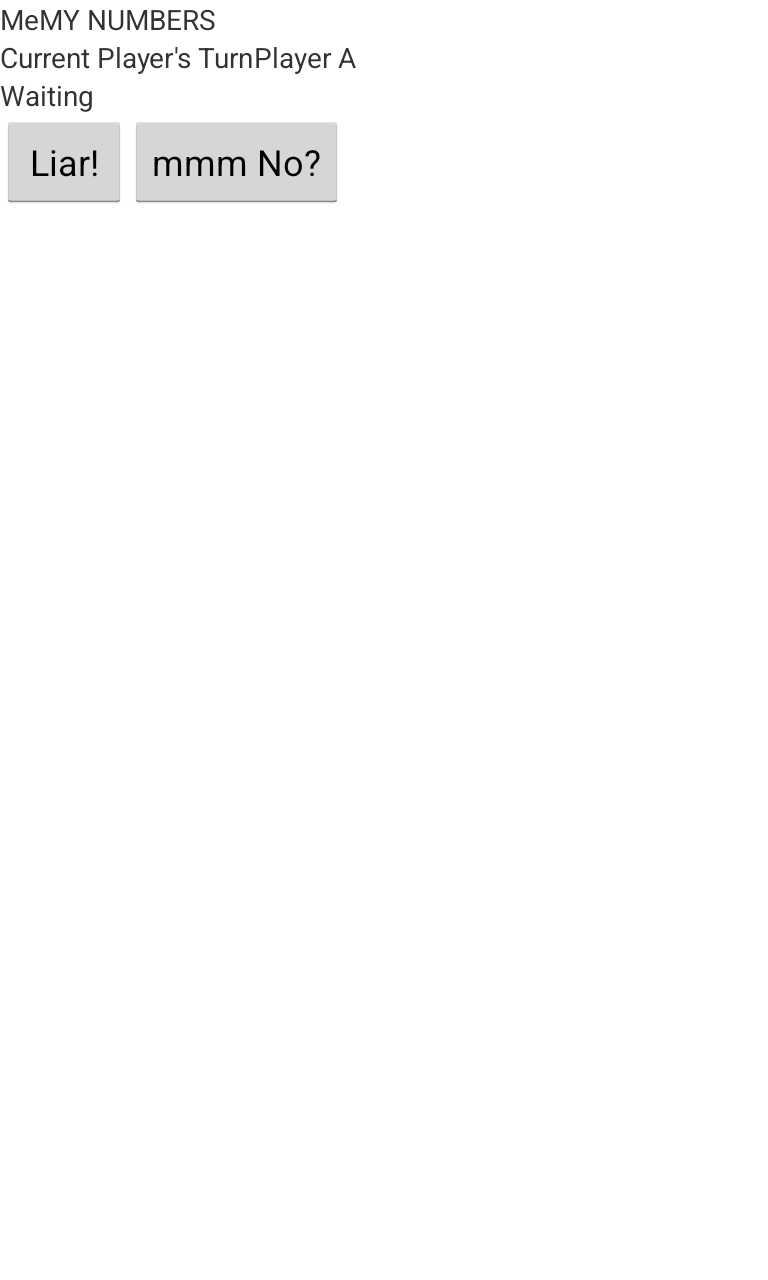
Repository: RayyLim/LiarPoker
Layout: LiarPoker/res/layout/gameroom_main.xml
These files come from the project's save history. The layout is drawn as it stood at one moment and after the next save; the edit follows.
It is drawn on a 768 x 1280 px phone screen (xhdpi) without system bars, with theme AppTheme; the app's code is not run.

Above is the layout before, as saved 2012-07-22 04:14:05.

After the next save:
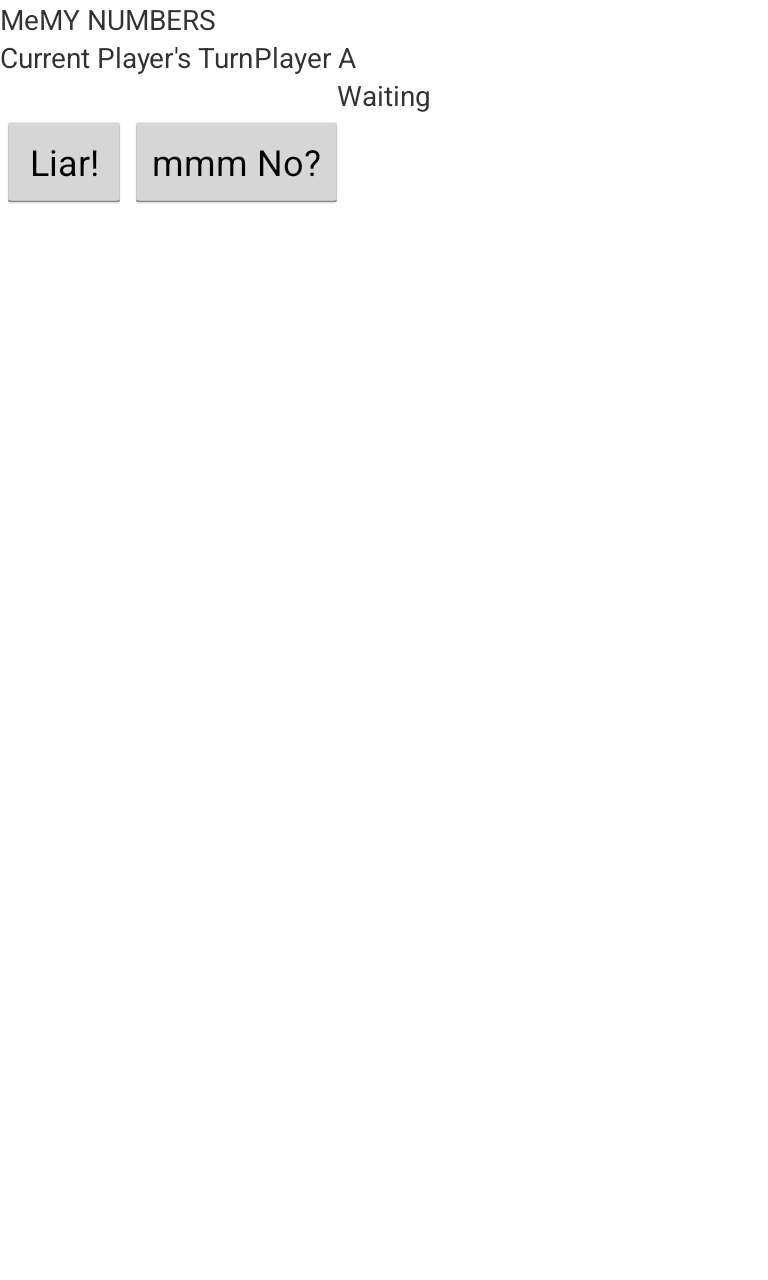
Saved 36 s later.
--- a/LiarPoker/res/layout/gameroom_main.xml
+++ b/LiarPoker/res/layout/gameroom_main.xml
@@ -27,7 +27,8 @@
 	</LinearLayout>
 			<TextView android:id="@+id/currentPlayerSubmissionLabel"
 			android:layout_width="wrap_content" android:layout_height="wrap_content"
-			android:text="Waiting" />
+			android:text="Waiting"
+			        android:layout_gravity="center_horizontal"/>
 
 
 
